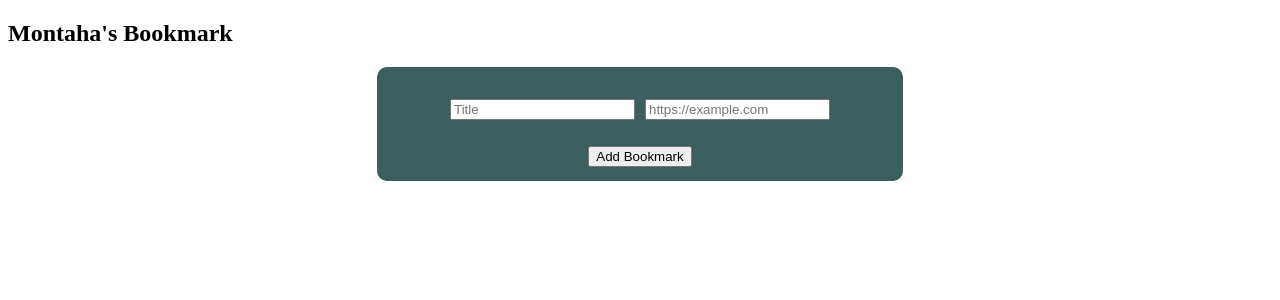
Repository: eidimontaha18-maker/finalproject
Page: index.html
The author's editor kept a copy of each file at every save. The page is drawn from the files as they stood at one save, then again after the next save.
The browser window is 1280 px wide. The pictures show the whole page.

Above is the page before, as saved 2025-11-25 23:25:35.

### index.html
<!DOCTYPE html>
<html lang="en">
<head>
    <meta charset="UTF-8">
    <meta name="viewport" content="width=device-width, initial-scale=1.0">
    <title>Montaha's Bookmark</title>
    <link rel="stylesheet" href="style.css">
</head>
<body>
    <nav>
        <h1>Montaha's Bookmark</h1>
    </nav>

    <main>
        <div class="addbookmark">
            <input type="text" placeholder="Title" />
            <input type="text" placeholder="https://example.com" />
            <br>
            <button id="addbtn">Add Bookmark</button>
        </div>
    </main>

</body>
</html>

### style.css
.addbookmark{
    background-color: rgb(59, 94, 94);
    padding: 10px;
    width: 40%;
    margin: auto;
    border-radius: 10px;
    text-align: center;
    font-size: 40px;

}

After the next save:
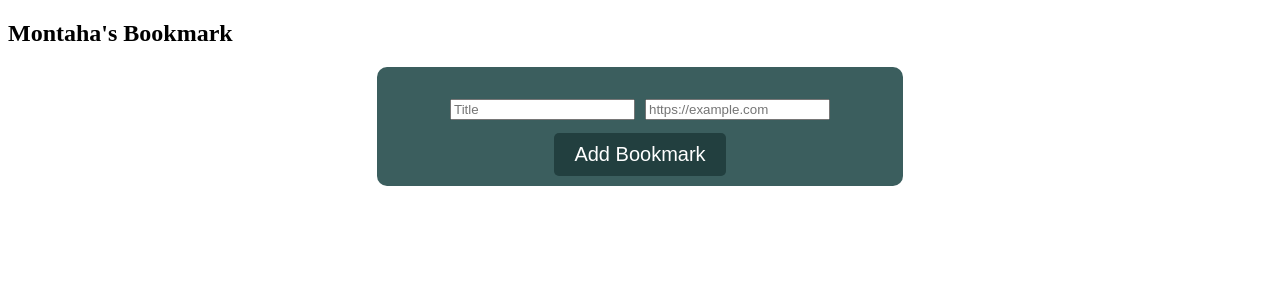
Saved 11 s later.
--- a/style.css
+++ b/style.css
@@ -6,5 +6,13 @@
     border-radius: 10px;
     text-align: center;
     font-size: 40px;
-
 }
+#addbtn{
+    background-color: rgb(34, 63, 63);
+    color: white;
+    padding: 10px 20px;
+    border: none;
+    border-radius: 5px;
+    font-size: 20px;
+    cursor: pointer;
+}
